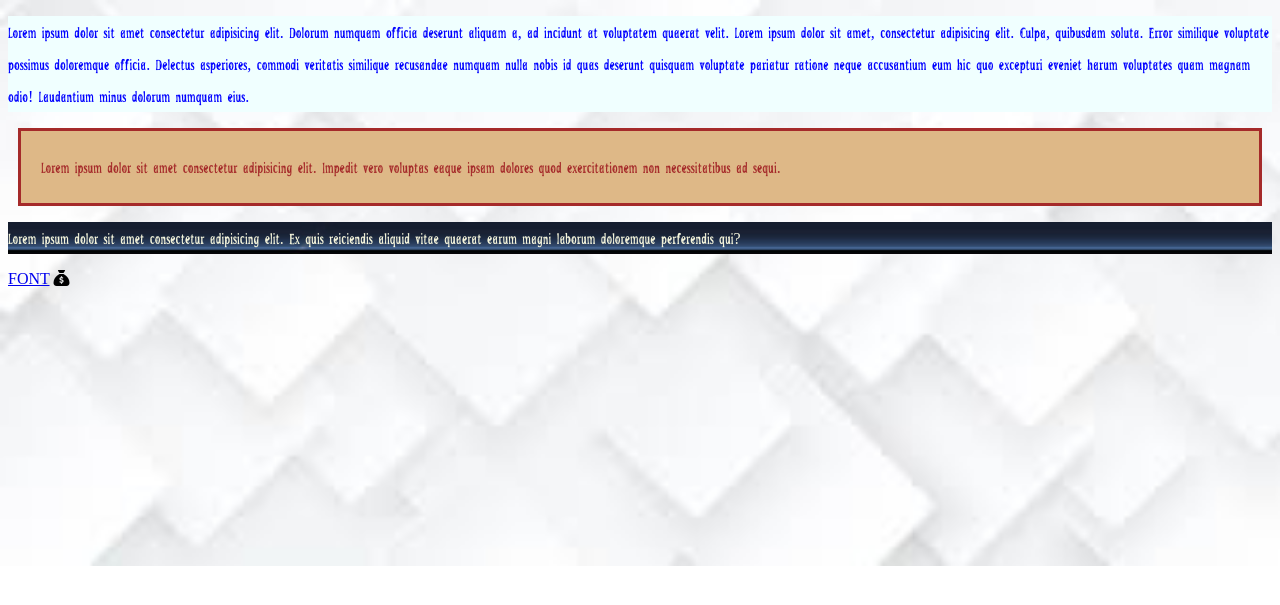
Repository: shazib2023/wtwdt-8
Page: index.html
These files come from the project's save history. The page is drawn as it stood at one moment and after a run of saves; the edit follows.
The browser window is 1280 px wide. The pictures show the whole page.
Some web libraries are served in a nearby version.

Above is the page before, as saved 2023-10-31 12:50:04.

### index.html
<!DOCTYPE html>
<html lang="en">
<head>
    <meta charset="UTF-8">
    <meta name="viewport" content="width=device-width, initial-scale=1.0">
    <title>Document</title>
    <style>
        p{
            color: blue;
        }
    </style>
    <link rel="stylesheet" href="css/style.css">

</head>
<body>
    <p style="background-color: azure;">Lorem ipsum dolor sit amet consectetur adipisicing elit. Dolorum numquam officia deserunt aliquam a, ad incidunt at voluptatem quaerat velit. Lorem ipsum dolor sit amet, consectetur adipisicing elit. Culpa, quibusdam soluta. Error similique voluptate possimus doloremque officia. Delectus asperiores, commodi veritatis similique recusandae numquam nulla nobis id quas deserunt quisquam voluptate pariatur ratione neque accusantium eum hic quo excepturi eveniet harum voluptates quam magnam odio! Laudantium minus dolorum numquam eius.
    </p>
    <p id="para1">
        Lorem ipsum dolor sit amet consectetur adipisicing elit. Impedit vero voluptas eaque ipsam dolores quod exercitationem non necessitatibus ad sequi.
    </p>
    <p class="para2">
        Lorem ipsum dolor sit amet consectetur adipisicing elit. Ex quis reiciendis aliquid vitae quaerat earum magni laborum doloremque perferendis qui?
    </p>
    <div>

    </div>
    <a href="https://fontawesome.com/icons/categories/humanitarian?f=classic&s=light">FONT</a>
    <script src="https://kit.fontawesome.com/48db4cac31.js" crossorigin="anonymous"></script>
    <i class="fa-solid fa-sack-dollar"></i>
</body>
</html>

### css/style.css
p{
    font-family: devil;
    line-height: 200%;
}
@font-face {
    font-family: devil;
    src: url(/fonts/SDHauntedHouse_demo.otf);
}

#para1{
    background-color: burlywood;
    color: brown;
    padding: 20px;
    margin: 10px;
    border: solid;
}

.para2{
    background-image: url(/images/pngtree-blue-carbon-background-with-sport-style-and-golden-light-image_371487.jpg) ;
    color: beige;
    background-repeat: no-repeat;
    background-size: cover;
}

body{
    background-image: url(/images/download.jpg);
    background-repeat: no-repeat;
    background-size: cover;
}
a:hover{
    color:darkorange
}
a:active{
    color: greenyellow;
}
div.sticky {
    position: -webkit-sticky; /* Safari */
    position: sticky;
    top: 0;
  }

After the next 6 saves:
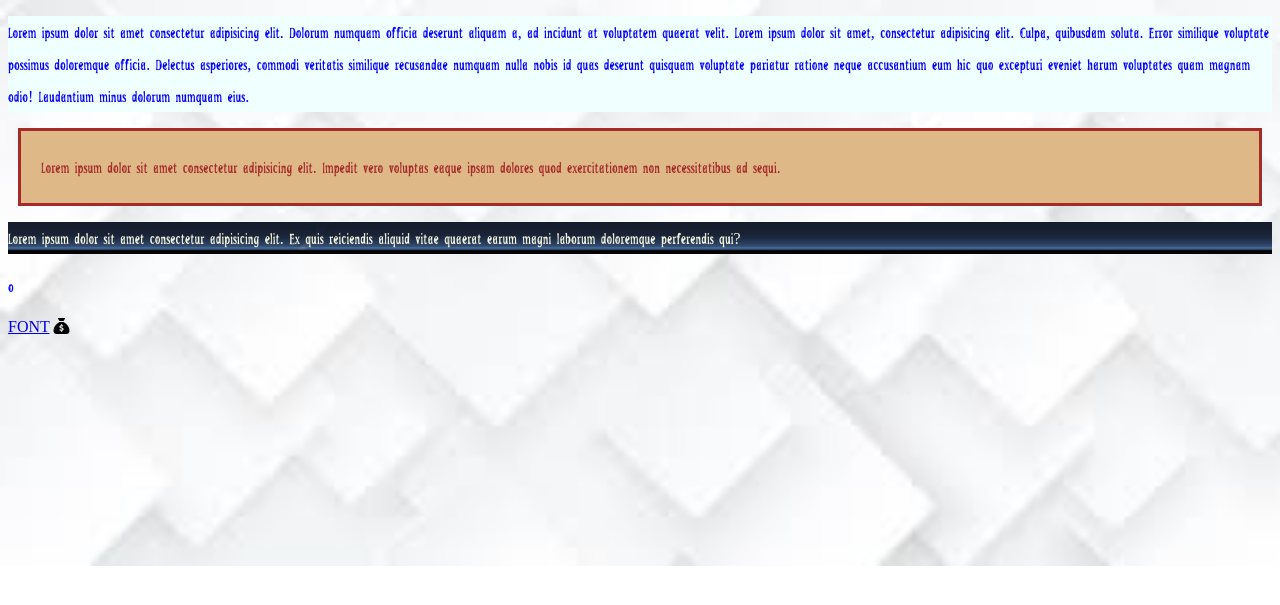
The 6 saves are shown as one change because they came seconds apart.
The last was saved 24 s later.
--- a/index.html
+++ b/index.html
@@ -21,7 +21,10 @@
     <p class="para2">
         Lorem ipsum dolor sit amet consectetur adipisicing elit. Ex quis reiciendis aliquid vitae quaerat earum magni laborum doloremque perferendis qui?
     </p>
-    <div>
+    <div class="sticky">
+        <p>
+            o
+        </p>
 
     </div>
     <a href="https://fontawesome.com/icons/categories/humanitarian?f=classic&s=light">FONT</a>
